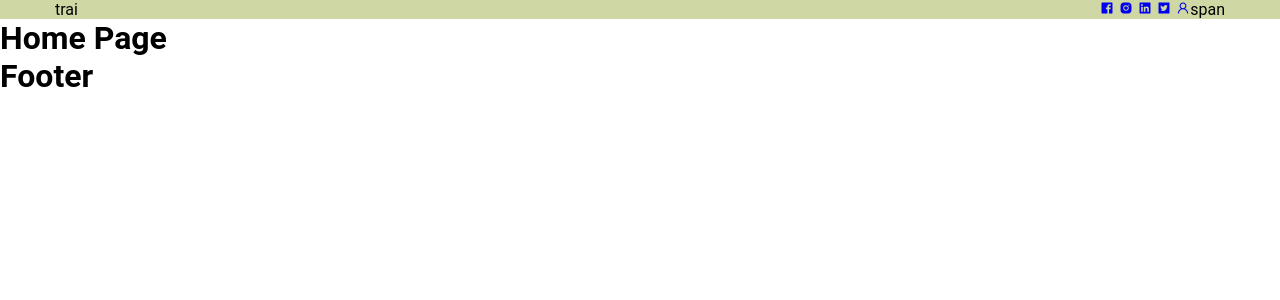
Repository: anhcanh1007/show_product
Page: /
The author's editor kept a copy of each file at every save. The page is drawn from the files as they stood at one save, then again after a run of saves.
The browser window is 1280 px wide. The pictures show the whole page.
The project was rebuilt for these pictures with package versions that can differ from the ones it lists, and the page was loaded fresh each time. Imported but missing from the stored project, and not drawn on this page: src/pages/user/profilePage.

Above is the page before, as saved 2024-01-25 13:53:50.

After the next 2 saves:
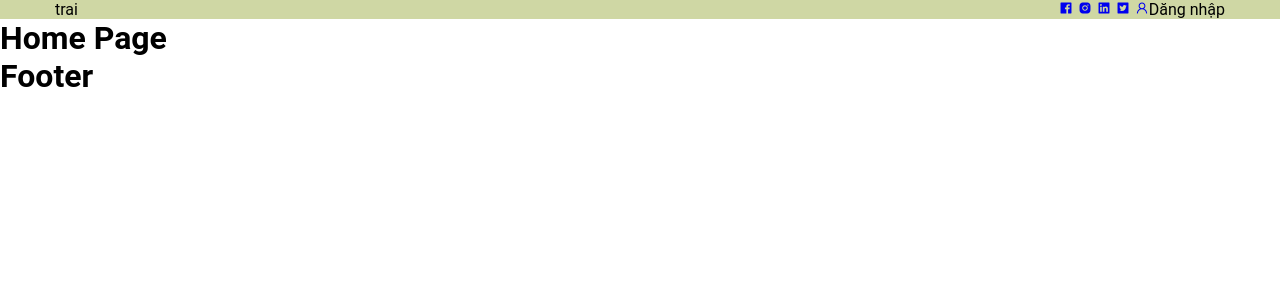
The 2 saves are shown as one change because they came seconds apart.
The last was saved 8 s later.
--- a/src/pages/user/theme/header/index.js
+++ b/src/pages/user/theme/header/index.js
@@ -42,7 +42,7 @@ const Header = () => {
                   <Link to={""}>
                     <AiOutlineUser />
                   </Link>
-                  span
+                  <span>Dăng nhập</span>
                 </li>
               </ul>
             </div>
